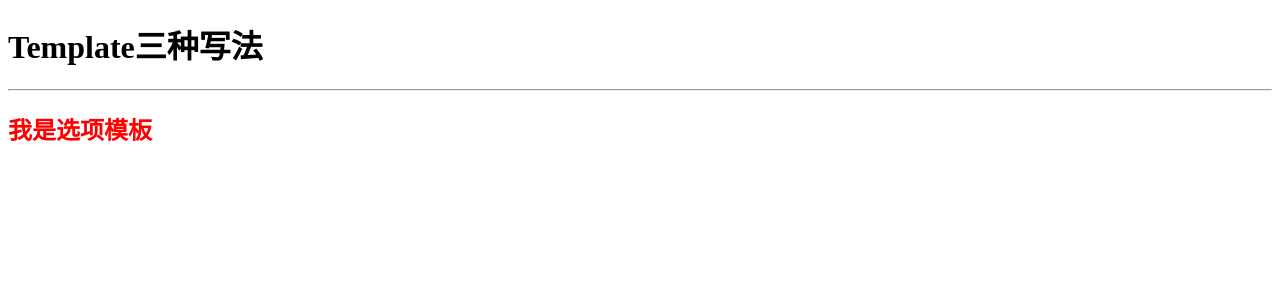
Repository: 13982720426/vue2.0-LearningNotes
Page: example/template.html
These files come from the project's save history. The page is drawn as it stood at one moment and after the next save; the edit follows.
The browser window is 1280 px wide. The pictures show the whole page.

Above is the page before, as saved 2021-06-24 20:26:02.

After the next save:
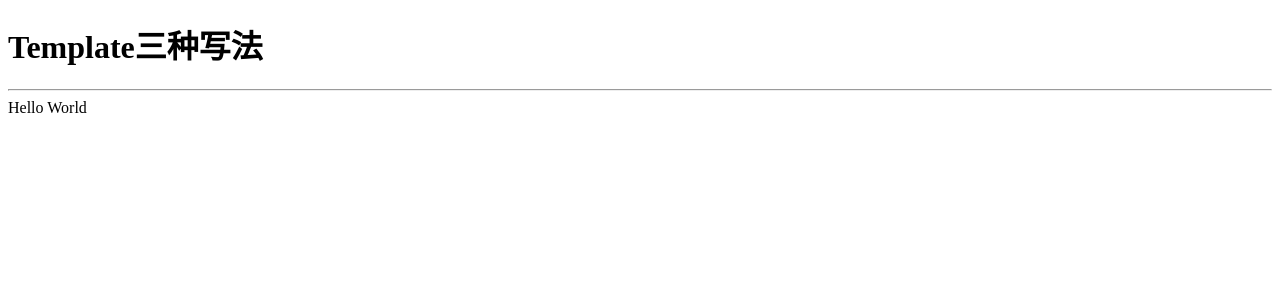
Saved 97 s later.
--- a/example/template.html
+++ b/example/template.html
@@ -17,7 +17,7 @@
         data: {
           message: 'Hello World',
         },
-        template: `<h2 style='color:red'>我是选项模板</h2>`,
+        // template: `<h2 style='color:red'>我是选项模板</h2>`,
       });
     </script>
   </body>
